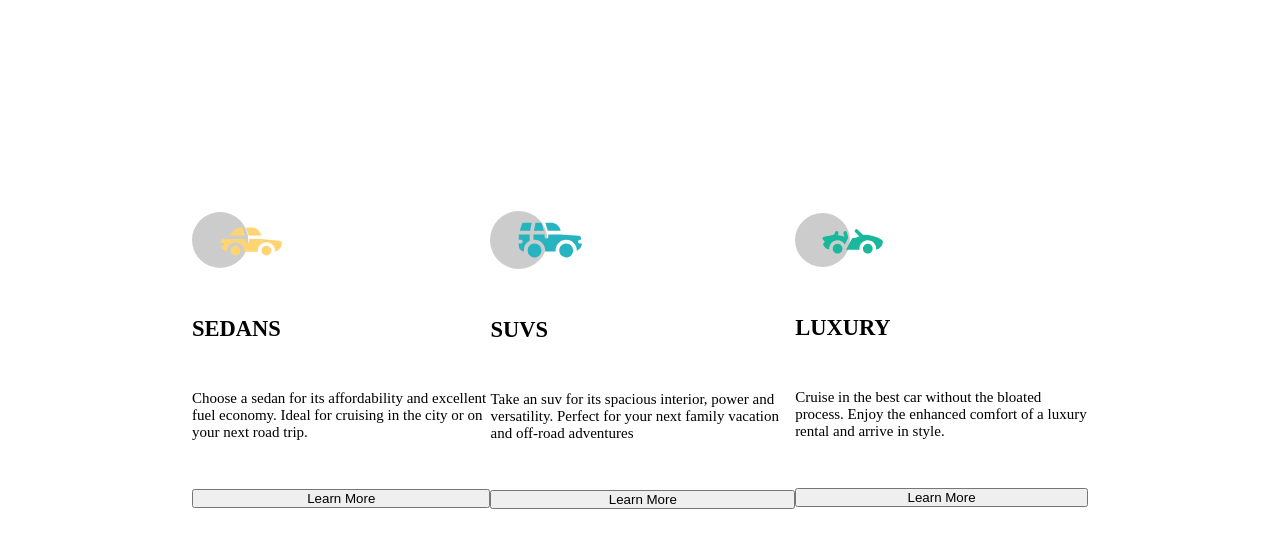
Repository: UnegbuAbigail/3-columns-cards
Page: index.html
The author's editor kept a copy of each file at every save. The page is drawn from the files as they stood at one save, then again after the next save.
The browser window is 1280 px wide. The pictures show the whole page.

Above is the page before, as saved 2024-08-03 14:13:39.

After the next save:
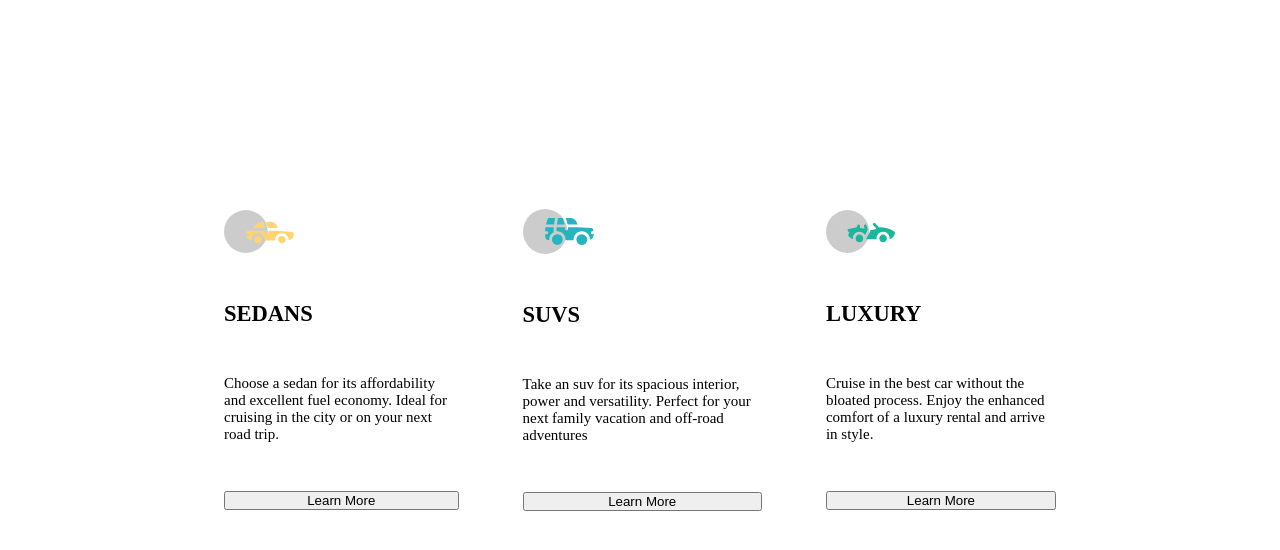
Saved 5 s later.
--- a/style.css
+++ b/style.css
@@ -50,7 +50,7 @@ section{
     display: flex;
     flex-direction: column;
     gap: 3rem;
-    padding: auto;
+    padding: 2rem;
 }
 
 img{
